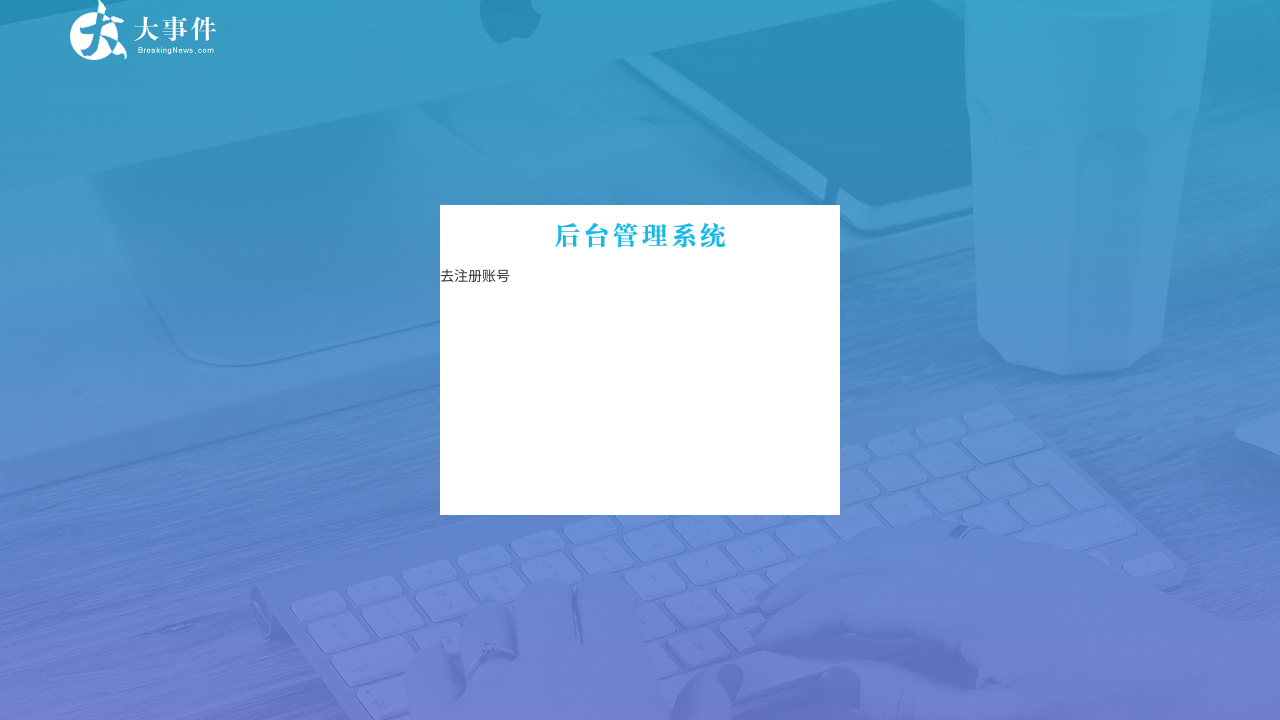
Repository: 1zhoukexin/web_aad
Page: login.html
The author's editor kept a copy of each file at every save. The page is drawn from the files as they stood at one save, then again after the next save.
The browser window is 1280 px wide. The pictures show the whole page.

Above is the page before, as saved 2021-04-16 13:19:46.

After the next save:
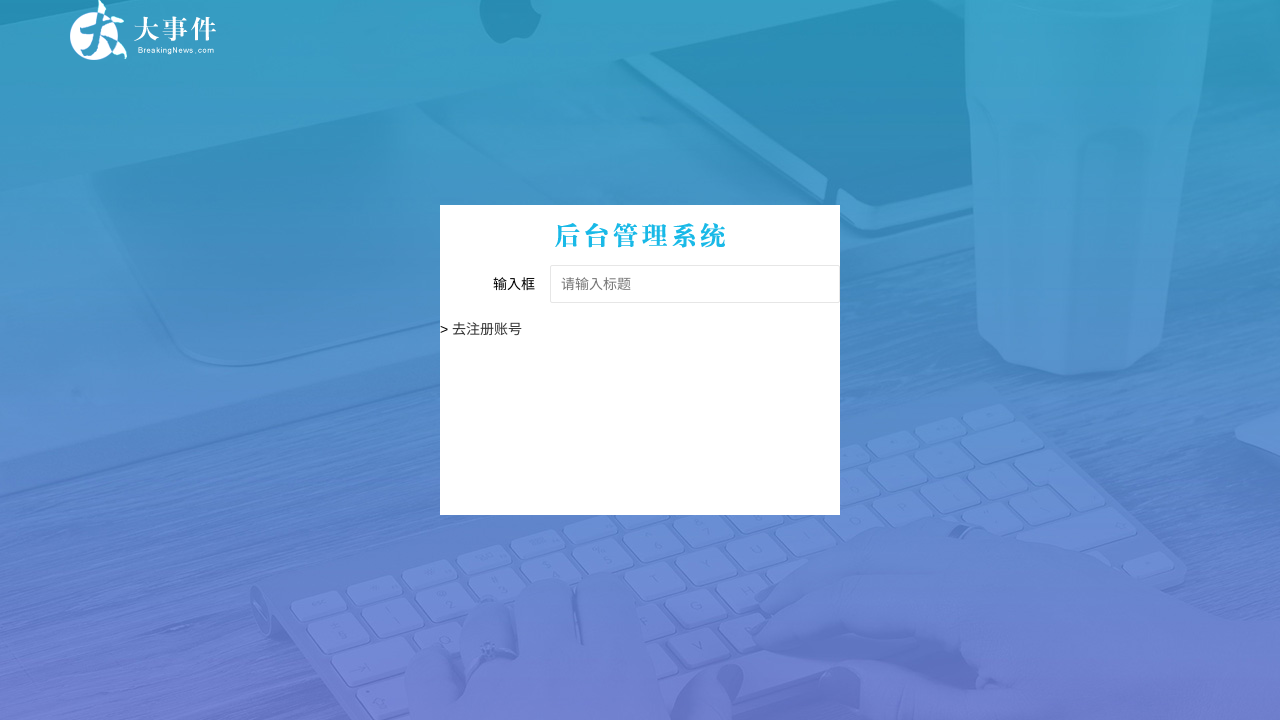
Saved 3 min 52 s later.
--- a/login.html
+++ b/login.html
@@ -20,6 +20,15 @@
         <div class="title-box"></div>
         <!-- 登录 -->
         <div class="login-box">
+            <!-- 登录的表单 -->
+            <form class="layui-form" action="">
+                <div class="layui-form-item">
+                    <label class="layui-form-label">输入框</label>
+                    <div class="layui-input-block">
+                        <input type="text" name="title" required lay-verify="required" placeholder="请输入标题" autocomplete="off" class="layui-input">
+                    </div>
+                </div>
+            </form>>
             <a href="javascript:;" id="link_reg">去注册账号</a>
         </div>
         <!-- 注册 -->
